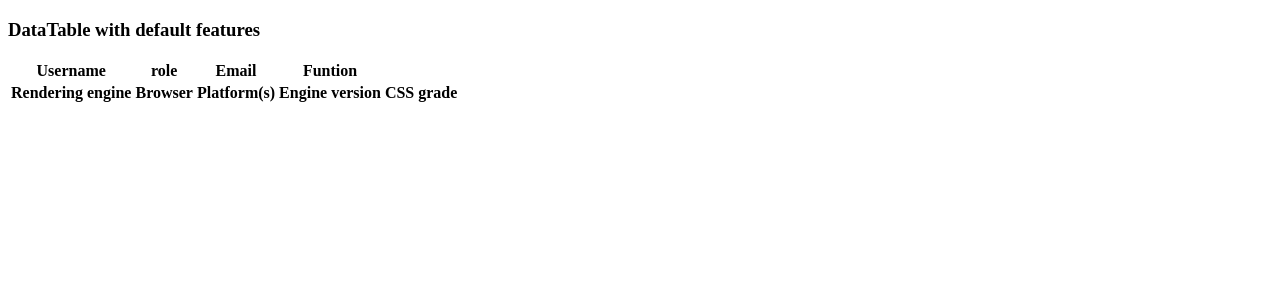
Repository: AnnPTit/ASM_Java04
Page: http://localhost/Asm/admins/ManagerUser.jsp
The author's editor kept a copy of each file at every save. The page is drawn from the files as they stood at one save, then again after the next save.
The browser window is 1280 px wide. The pictures show the whole page.
The page is served by Tomcat 9. Other server files are loaded and not shown.

Above is the page before, as saved 2023-03-21 14:22:50.

### Asm/src/main/webapp/admins/ManagerUser.jsp
<%@ page language="java" contentType="text/html; charset=UTF-8"
	pageEncoding="UTF-8"%>
<%@ taglib uri="http://java.sun.com/jsp/jstl/core" prefix="c"%>
<!DOCTYPE html>
<html>
<head>
<meta charset="UTF-8">
<title>Manager User -Admin</title>
</head>
<body>
	<div class="card">
		<div class="card-header">
			<h3 class="card-title">DataTable with default features</h3>
		</div>
		<!-- /.card-header -->
		<div class="card-body">
			<table id="example1" class="table table-bordered table-striped">
				<thead>
					<tr>
						<th>Username</th>
						<th>role</th>
						<th>Email</th>
						<th>Funtion</th>

					</tr>
				</thead>
				<c:forEach items="${listUser }" var="x" varStatus="i">
					<tbody>
						<tr>
							<td>${x.username }</td>
							<td><c:if test="${x.isAdmin == true}">Admin </c:if> <c:if
									test="${x.isAdmin == false}">User </c:if></td>

							<td>${x.email }</td>
						</tr>
					</tbody>
				</c:forEach>

				<tfoot>
					<tr>
						<th>Rendering engine</th>
						<th>Browser</th>
						<th>Platform(s)</th>
						<th>Engine version</th>
						<th>CSS grade</th>
					</tr>
				</tfoot>
			</table>
		</div>
		<!-- /.card-body -->
	</div>
</body>
</html>

After the next save:
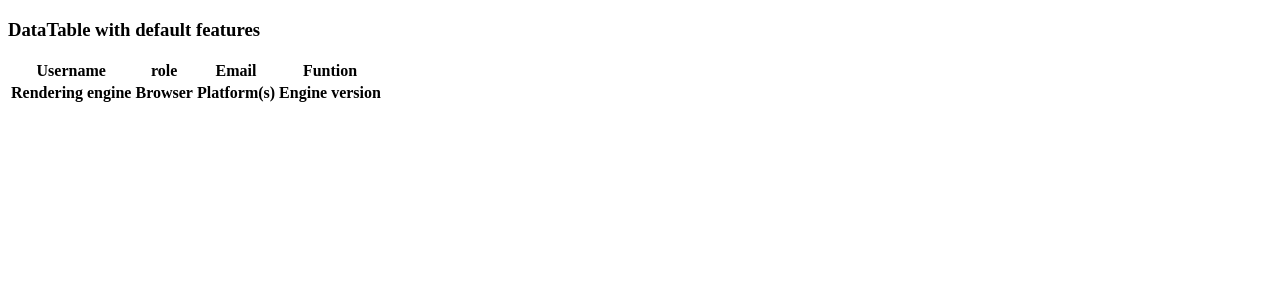
Saved 74 s later.
--- a/Asm/src/main/webapp/admins/ManagerUser.jsp
+++ b/Asm/src/main/webapp/admins/ManagerUser.jsp
@@ -32,6 +32,7 @@
 									test="${x.isAdmin == false}">User </c:if></td>
 
 							<td>${x.email }</td>
+							<td><a>Delete</a></td>
 						</tr>
 					</tbody>
 				</c:forEach>
@@ -42,7 +43,7 @@
 						<th>Browser</th>
 						<th>Platform(s)</th>
 						<th>Engine version</th>
-						<th>CSS grade</th>
+
 					</tr>
 				</tfoot>
 			</table>
